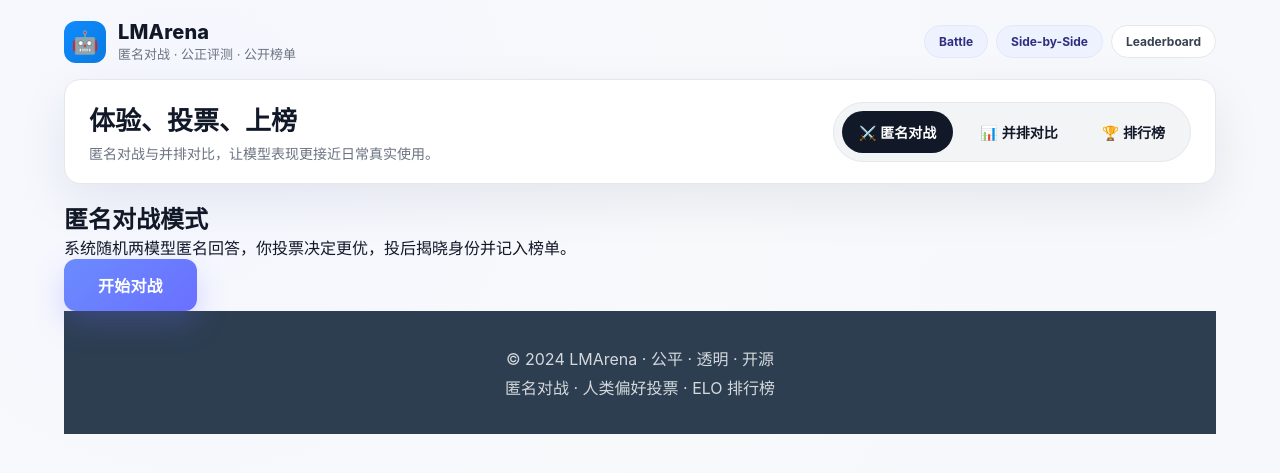
Repository: tabbycat7/EQ-of-The-LLMs
Page: templates/index.html
An editor plug-in stored every save of this project. The page is shown before and after the next save, followed by the edit.
The browser window is 1280 px wide. The pictures show the whole page.

Above is the page before, as saved 2025-12-15 21:17:28.

### templates/index.html
<!DOCTYPE html>
<html lang="zh-CN">
<head>
    <meta charset="UTF-8">
    <meta name="viewport" content="width=device-width, initial-scale=1.0">
    <title>LMArena - AI 模型对战评测平台</title>
    <link rel="stylesheet" href="/static/css/style.css">
</head>
<body>
    <div class="page">
        <header class="topbar">
            <div class="brand">
                <div class="brand-icon">🤖</div>
                <div>
                    <div class="brand-title">LMArena</div>
                    <div class="brand-subtitle">匿名对战 · 公正评测 · 公开榜单</div>
                </div>
            </div>
            <div class="top-actions">
                <span class="pill">Battle</span>
                <span class="pill">Side-by-Side</span>
                <span class="pill ghost">Leaderboard</span>
            </div>
        </header>

        <main class="container">
            <section class="hero">
                <div>
                    <h1>体验、投票、上榜</h1>
                    <p>匿名对战与并排对比，让模型表现更接近日常真实使用。</p>
                </div>
                <div class="mode-selector">
                    <button class="mode-btn active" data-mode="battle">⚔️ 匿名对战</button>
                    <button class="mode-btn" data-mode="sidebyside">📊 并排对比</button>
                    <button class="mode-btn" data-mode="leaderboard">🏆 排行榜</button>
                </div>
            </section>

            <!-- 匿名对战模式 -->
            <section id="battle-mode" class="mode-content active panel">
                <div class="panel-header">
                    <div>
                        <h2>匿名对战模式</h2>
                        <p>系统随机两模型匿名回答，你投票决定更优，投后揭晓身份并记入榜单。</p>
                    </div>
                    <div id="battle-start">
                        <button id="start-battle-btn" class="primary-btn">开始对战</button>
                    </div>
                </div>

                <div id="battle-chat" class="chat-section" style="display: none;">
                    <div class="responses-grid">
                        <div class="response-box">
                            <div class="response-header">模型 A</div>
                            <div id="response-a" class="response-content">
                                <div class="empty-state">等待回复...</div>
                            </div>
                        </div>
                        <div class="response-box">
                            <div class="response-header">模型 B</div>
                            <div id="response-b" class="response-content">
                                <div class="empty-state">等待回复...</div>
                            </div>
                        </div>
                    </div>

                    <div id="voting-section" class="voting-section" style="display: none;">
                        <h3>选择更好的回答：</h3>
                        <div class="vote-buttons">
                            <button class="vote-btn" data-winner="model_a">👈 模型 A 更好</button>
                            <button class="vote-btn" data-winner="tie">🤝 两者相当</button>
                            <button class="vote-btn" data-winner="model_b">👉 模型 B 更好</button>
                        </div>
                    </div>

                    <div id="reveal-section" class="reveal-section" style="display: none;">
                        <div class="reveal-info">
                            <h3>✨ 模型揭晓</h3>
                            <div class="reveal-grid">
                                <div class="reveal-item">
                                    <span class="reveal-label">模型 A:</span>
                                    <span id="reveal-model-a" class="reveal-value"></span>
                                </div>
                                <div class="reveal-item">
                                    <span class="reveal-label">模型 B:</span>
                                    <span id="reveal-model-b" class="reveal-value"></span>
                                </div>
                            </div>
                            <button id="new-battle-btn" class="primary-btn ghost">开始新对战</button>
                        </div>
                    </div>

                    <div class="input-section">
                        <textarea id="battle-input" placeholder="输入你的问题..." rows="3"></textarea>
                        <button id="battle-send-btn" class="send-btn">发送</button>
                    </div>
                </div>
            </section>

            <!-- 并排对比模式 -->
            <section id="sidebyside-mode" class="mode-content panel">
                <div class="panel-header">
                    <div>
                        <h2>并排对比模式</h2>
                        <p>选择两个模型并排作答，为更好的答案投票，数据同样计入排行榜。</p>
                    </div>
                </div>

                <div class="panel-body">
                    <div class="model-selection">
                        <div class="model-select-group">
                            <label>模型 A:</label>
                            <select id="sidebyside-model-a" class="model-select"></select>
                        </div>
                        <div class="model-select-group">
                            <label>模型 B:</label>
                            <select id="sidebyside-model-b" class="model-select"></select>
                        </div>
                    </div>

                    <div class="responses-grid">
                        <div class="response-box">
                            <div class="response-header" id="sidebyside-header-a">模型 A</div>
                            <div id="sidebyside-response-a" class="response-content">
                                <div class="empty-state">等待回复...</div>
                            </div>
                        </div>
                        <div class="response-box">
                            <div class="response-header" id="sidebyside-header-b">模型 B</div>
                            <div id="sidebyside-response-b" class="response-content">
                                <div class="empty-state">等待回复...</div>
                            </div>
                        </div>
                    </div>

                    <div id="sidebyside-voting" class="voting-section" style="display: none;">
                        <h3>选择更好的回答：</h3>
                        <div class="vote-buttons">
                            <button class="vote-btn" data-winner="model_a">👈 模型 A 更好</button>
                            <button class="vote-btn" data-winner="tie">🤝 两者相当</button>
                            <button class="vote-btn" data-winner="model_b">👉 模型 B 更好</button>
                        </div>
                    </div>

                    <div class="input-section">
                        <textarea id="sidebyside-input" placeholder="输入你的问题..." rows="3"></textarea>
                        <button id="sidebyside-send-btn" class="send-btn">发送</button>
                    </div>
                </div>
            </section>

            <!-- 排行榜模式 -->
            <section id="leaderboard-mode" class="mode-content panel">
                <div class="panel-header">
                    <div>
                        <h2>模型排行榜</h2>
                        <p>基于匿名对战与对比投票的 ELO 评分，实时公开透明。</p>
                    </div>
                    <button id="refresh-leaderboard-btn" class="secondary-btn">🔄 刷新排行榜</button>
                </div>
                <div class="panel-body">
                    <div id="leaderboard-content" class="leaderboard-table">
                        <div class="loading">加载中...</div>
                    </div>
                </div>
            </section>
        </main>

        <footer class="footer">
            <p>© 2024 LMArena · 公平 · 透明 · 开源</p>
            <p>匿名对战 · 人类偏好投票 · ELO 排行榜</p>
        </footer>
    </div>

    <script src="/static/js/app.js"></script>
</body>
</html>

### static/css/style.css
/* 全局样式 */
:root {
    --bg: #f7f8fb;
    --panel: #ffffff;
    --text: #111827;
    --muted: #6b7280;
    --border: #e5e7eb;
    --primary: #0f8bff;
    --primary-2: #0a7ae0;
    --pill: #eef2ff;
    --shadow: 0 18px 50px rgba(15, 30, 60, 0.08);
}

* {
    margin: 0;
    padding: 0;
    box-sizing: border-box;
}

body {
    font-family: -apple-system, BlinkMacSystemFont, "Segoe UI", Roboto, "Helvetica Neue", Arial, sans-serif;
    background: radial-gradient(circle at 15% 20%, #f5f7ff 0%, #f8f9fb 40%, #f7f8fb 70%, #f7f8fb 100%);
    min-height: 100vh;
    color: var(--text);
}

.page {
    max-width: 1200px;
    margin: 0 auto;
    padding: 20px 24px 48px;
}

.container {
    width: 100%;
    margin: 0 auto;
}

/* 头部样式 */
.topbar {
    display: flex;
    align-items: center;
    justify-content: space-between;
    margin-bottom: 16px;
}

.brand {
    display: flex;
    align-items: center;
    gap: 12px;
}

.brand-icon {
    width: 42px;
    height: 42px;
    border-radius: 12px;
    background: linear-gradient(135deg, #0f8bff 0%, #0a7ae0 100%);
    display: flex;
    align-items: center;
    justify-content: center;
    font-size: 22px;
    color: #fff;
}

.brand-title {
    font-size: 20px;
    font-weight: 800;
    letter-spacing: 0.2px;
}

.brand-subtitle {
    font-size: 13px;
    color: var(--muted);
}

.top-actions {
    display: flex;
    gap: 8px;
    align-items: center;
}

.pill {
    padding: 8px 14px;
    border-radius: 999px;
    background: var(--pill);
    color: #312e81;
    font-weight: 700;
    font-size: 12px;
    border: 1px solid #e0e7ff;
}

.pill.ghost {
    background: #fff;
    color: #374151;
    border-color: var(--border);
}

.hero {
    background: var(--panel);
    border: 1px solid var(--border);
    border-radius: 16px;
    padding: 20px 24px;
    box-shadow: var(--shadow);
    display: flex;
    justify-content: space-between;
    align-items: center;
    margin-bottom: 16px;
}

.hero h1 {
    font-size: 26px;
    margin-bottom: 6px;
}

.hero p {
    color: var(--muted);
    font-size: 14px;
}

/* 模式选择器 */
.mode-selector {
    display: inline-flex;
    gap: 10px;
    flex-wrap: wrap;
    background: #f3f4f6;
    padding: 8px;
    border-radius: 999px;
    border: 1px solid #e5e7eb;
}

.mode-btn {
    padding: 10px 16px;
    border: 1px solid transparent;
    background: transparent;
    border-radius: 999px;
    cursor: pointer;
    font-size: 14px;
    font-weight: 700;
    transition: all 0.2s ease;
    color: #111827;
}

.mode-btn:hover {
    background: #e5e7eb;
}

.mode-btn.active {
    background: #111827;
    color: #fff;
}

/* 内容区域 */
.mode-content {
    display: none;
}

.mode-content.active {
    display: block;
}

/* 按钮样式 */
.primary-btn {
    background: linear-gradient(135deg, #6b8bff 0%, #6a70ff 100%);
    color: white;
    border: none;
    padding: 14px 34px;
    font-size: 1em;
    border-radius: 12px;
    cursor: pointer;
    font-weight: 700;
    letter-spacing: 0.2px;
    transition: all 0.25s ease;
    box-shadow: 0 12px 30px rgba(106, 112, 255, 0.25);
}

.primary-btn:hover {
    transform: translateY(-1px);
    box-shadow: 0 14px 34px rgba(106, 112, 255, 0.28);
}

.secondary-btn {
    background: #fff;
    color: #4250a5;
    border: 1px solid #d9def3;
    padding: 12px 24px;
    font-size: 0.96em;
    border-radius: 10px;
    cursor: pointer;
    font-weight: 650;
    transition: all 0.25s ease;
    margin-bottom: 18px;
    box-shadow: 0 8px 18px rgba(31, 42, 68, 0.08);
}

.secondary-btn:hover {
    background: #eff2ff;
    color: #2f3b75;
}

/* 开始区域 */
.start-section {
    text-align: center;
    padding: 48px 20px;
}

/* 聊天容器 */
.chat-container {
    max-width: 1200px;
    margin: 0 auto;
}

.responses-grid {
    display: grid;
    grid-template-columns: 1fr 1fr;
    gap: 20px;
    margin-bottom: 20px;
}

.single-response {
    margin-bottom: 20px;
}

.response-box {
    background: #fff;
    border-radius: 14px;
    overflow: hidden;
    box-shadow: 0 10px 30px rgba(31, 42, 68, 0.08);
    border: 1px solid #e6e9f5;
}

.response-box.full-width {
    width: 100%;
}

.response-header {
    background: linear-gradient(135deg, #6b8bff 0%, #6a70ff 100%);
    color: white;
    padding: 13px;
    font-weight: 650;
    font-size: 1.05em;
    text-align: center;
}

.response-content {
    padding: 18px;
    min-height: 180px;
    max-height: 380px;
    overflow-y: auto;
    line-height: 1.65;
    white-space: pre-wrap;
    color: #25304f;
}

.empty-state {
    color: #9aa4bf;
    text-align: center;
    padding: 52px 18px;
    font-style: italic;
}

.loading {
    text-align: center;
    padding: 32px;
    color: #4b5dd8;
    font-size: 1.08em;
}

/* 投票区域 */
.voting-section {
    text-align: center;
    padding: 26px;
    background: #f6f8ff;
    border-radius: 14px;
    margin-bottom: 18px;
    border: 1px solid #e4e9fb;
}

.voting-section h3 {
    margin-bottom: 16px;
    color: #4250a5;
}

.vote-buttons {
    display: flex;
    justify-content: center;
    gap: 15px;
    flex-wrap: wrap;
}

.vote-btn {
    padding: 13px 24px;
    border: 1px solid #d9def3;
    background: #fff;
    border-radius: 12px;
    cursor: pointer;
    font-size: 0.98em;
    font-weight: 650;
    transition: all 0.25s ease;
    color: #1f2a44;
    box-shadow: 0 8px 20px rgba(31, 42, 68, 0.08);
}

.vote-btn:hover {
    background: #eff2ff;
    color: #2f3b75;
    transform: translateY(-1px);
}

/* 揭示区域 */
.reveal-section {
    text-align: center;
    padding: 26px;
    background: #f2fbf5;
    border-radius: 14px;
    margin-bottom: 18px;
    border: 1px solid #d6f2dd;
}

.reveal-info h3 {
    margin-bottom: 16px;
    color: #3c9a5f;
}

.reveal-grid {
    display: grid;
    grid-template-columns: 1fr 1fr;
    gap: 20px;
    margin-bottom: 20px;
    max-width: 600px;
    margin-left: auto;
    margin-right: auto;
}

.reveal-item {
    background: white;
    padding: 15px;
    border-radius: 10px;
    box-shadow: 0 2px 8px rgba(0, 0, 0, 0.1);
}

.reveal-label {
    font-weight: 600;
    color: #666;
    display: block;
    margin-bottom: 5px;
}

.reveal-value {
    font-size: 1.2em;
    color: #667eea;
    font-weight: 700;
}

/* 输入区域 */
.input-section {
    display: flex;
    gap: 10px;
    align-items: flex-end;
}

.input-section textarea {
    flex: 1;
    padding: 13px 14px;
    border: 1px solid #dfe4f3;
    border-radius: 12px;
    font-size: 0.98em;
    font-family: inherit;
    resize: vertical;
    transition: all 0.25s ease;
    background: #fbfcff;
}

.input-section textarea:focus {
    outline: none;
    border-color: #6b8bff;
    box-shadow: 0 0 0 4px rgba(107, 139, 255, 0.15);
}

.send-btn {
    background: linear-gradient(135deg, #6b8bff 0%, #6a70ff 100%);
    color: white;
    border: none;
    padding: 13px 22px;
    border-radius: 12px;
    cursor: pointer;
    font-size: 0.98em;
    font-weight: 700;
    transition: all 0.25s ease;
    box-shadow: 0 10px 24px rgba(106, 112, 255, 0.26);
}

.send-btn:hover {
    transform: translateY(-1px);
    box-shadow: 0 12px 28px rgba(106, 112, 255, 0.3);
}

.send-btn:disabled {
    opacity: 0.5;
    cursor: not-allowed;
}

/* 模型选择 */
.model-selection {
    display: flex;
    justify-content: center;
    gap: 20px;
    margin-bottom: 24px;
    flex-wrap: wrap;
}

.model-select-group {
    display: flex;
    flex-direction: column;
    gap: 8px;
}

.model-select-group label {
    font-weight: 650;
    color: #4250a5;
}

.model-select {
    padding: 11px 14px;
    border: 1px solid #dfe4f3;
    border-radius: 12px;
    font-size: 0.98em;
    background: #fbfcff;
    cursor: pointer;
    min-width: 200px;
}

.model-select:focus {
    outline: none;
    border-color: #6b8bff;
    box-shadow: 0 0 0 3px rgba(107, 139, 255, 0.18);
}

/* 排行榜 */
.leaderboard-container {
    max-width: 1000px;
    margin: 0 auto;
}

.leaderboard-table {
    background: #fff;
    border-radius: 14px;
    overflow: hidden;
    box-shadow: 0 10px 28px rgba(31, 42, 68, 0.08);
    border: 1px solid #e6e9f5;
}

.leaderboard-row {
    display: grid;
    grid-template-columns: 80px 1fr 120px 120px 120px 120px;
    gap: 15px;
    padding: 18px;
    border-bottom: 1px solid #edf0f8;
    align-items: center;
}

.leaderboard-row.header {
    background: linear-gradient(135deg, #6b8bff 0%, #6a70ff 100%);
    color: white;
    font-weight: 750;
}

.leaderboard-row:hover:not(.header) {
    background: #f6f8ff;
}

.rank {
    font-size: 1.35em;
    font-weight: 750;
    color: #6b8bff;
    text-align: center;
}

.model-name {
    font-weight: 700;
    color: #273455;
}

.stat {
    text-align: center;
    color: #4b5574;
}

.rating {
    font-size: 1.12em;
    font-weight: 750;
    color: #3c9a5f;
}

/* 页脚 */
.footer {
    background: #2c3e50;
    color: white;
    text-align: center;
    padding: 30px;
}

.footer p {
    margin: 5px 0;
    opacity: 0.8;
}

/* 响应式设计 */
@media (max-width: 768px) {
    .responses-grid {
        grid-template-columns: 1fr;
    }

    .reveal-grid {
        grid-template-columns: 1fr;
    }

    .leaderboard-row {
        grid-template-columns: 60px 1fr 80px 80px;
        gap: 10px;
        padding: 15px;
        font-size: 0.9em;
    }

    .leaderboard-row .stat:nth-child(5),
    .leaderboard-row .stat:nth-child(6) {
        display: none;
    }

    .mode-selector {
        gap: 5px;
    }

    .mode-btn {
        padding: 10px 15px;
        font-size: 0.9em;
    }

    .logo {
        font-size: 2em;
    }
}

Loaded but not shown: static/js/app.js (no copy from this time; the picture is the same without it)

After the next save:
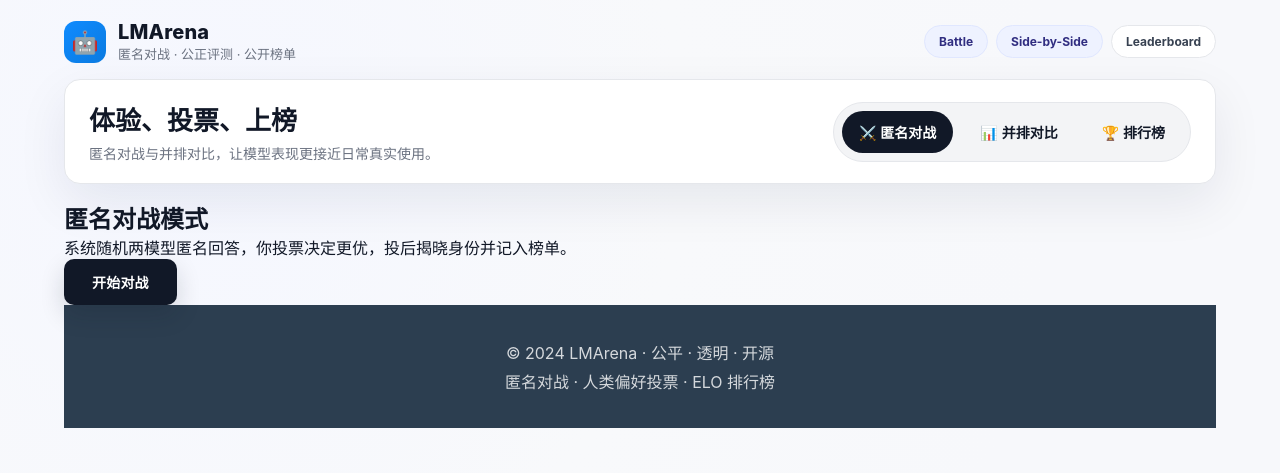
Saved 14 s later.
--- a/static/css/style.css
+++ b/static/css/style.css
@@ -159,41 +159,45 @@
 
 /* 按钮样式 */
 .primary-btn {
-    background: linear-gradient(135deg, #6b8bff 0%, #6a70ff 100%);
-    color: white;
+    background: #111827;
+    color: #fff;
     border: none;
-    padding: 14px 34px;
-    font-size: 1em;
-    border-radius: 12px;
+    padding: 13px 28px;
+    font-size: 14px;
+    border-radius: 10px;
+    cursor: pointer;
+    font-weight: 750;
+    letter-spacing: 0.2px;
+    transition: all 0.2s ease;
+    box-shadow: 0 10px 24px rgba(17, 24, 39, 0.16);
+}
+
+.primary-btn:hover {
+    background: #0f172a;
+    transform: translateY(-1px);
+}
+
+.primary-btn.ghost {
+    background: #fff;
+    color: #111827;
+    border: 1px solid #e5e7eb;
+    box-shadow: none;
+}
+
+.secondary-btn {
+    background: #fff;
+    color: #111827;
+    border: 1px solid #e5e7eb;
+    padding: 11px 18px;
+    font-size: 13px;
+    border-radius: 10px;
     cursor: pointer;
     font-weight: 700;
-    letter-spacing: 0.2px;
-    transition: all 0.25s ease;
-    box-shadow: 0 12px 30px rgba(106, 112, 255, 0.25);
-}
-
-.primary-btn:hover {
-    transform: translateY(-1px);
-    box-shadow: 0 14px 34px rgba(106, 112, 255, 0.28);
-}
-
-.secondary-btn {
-    background: #fff;
-    color: #4250a5;
-    border: 1px solid #d9def3;
-    padding: 12px 24px;
-    font-size: 0.96em;
-    border-radius: 10px;
-    cursor: pointer;
-    font-weight: 650;
-    transition: all 0.25s ease;
-    margin-bottom: 18px;
-    box-shadow: 0 8px 18px rgba(31, 42, 68, 0.08);
+    transition: all 0.2s ease;
 }
 
 .secondary-btn:hover {
-    background: #eff2ff;
-    color: #2f3b75;
+    background: #f3f4f6;
 }
 
 /* 开始区域 */
